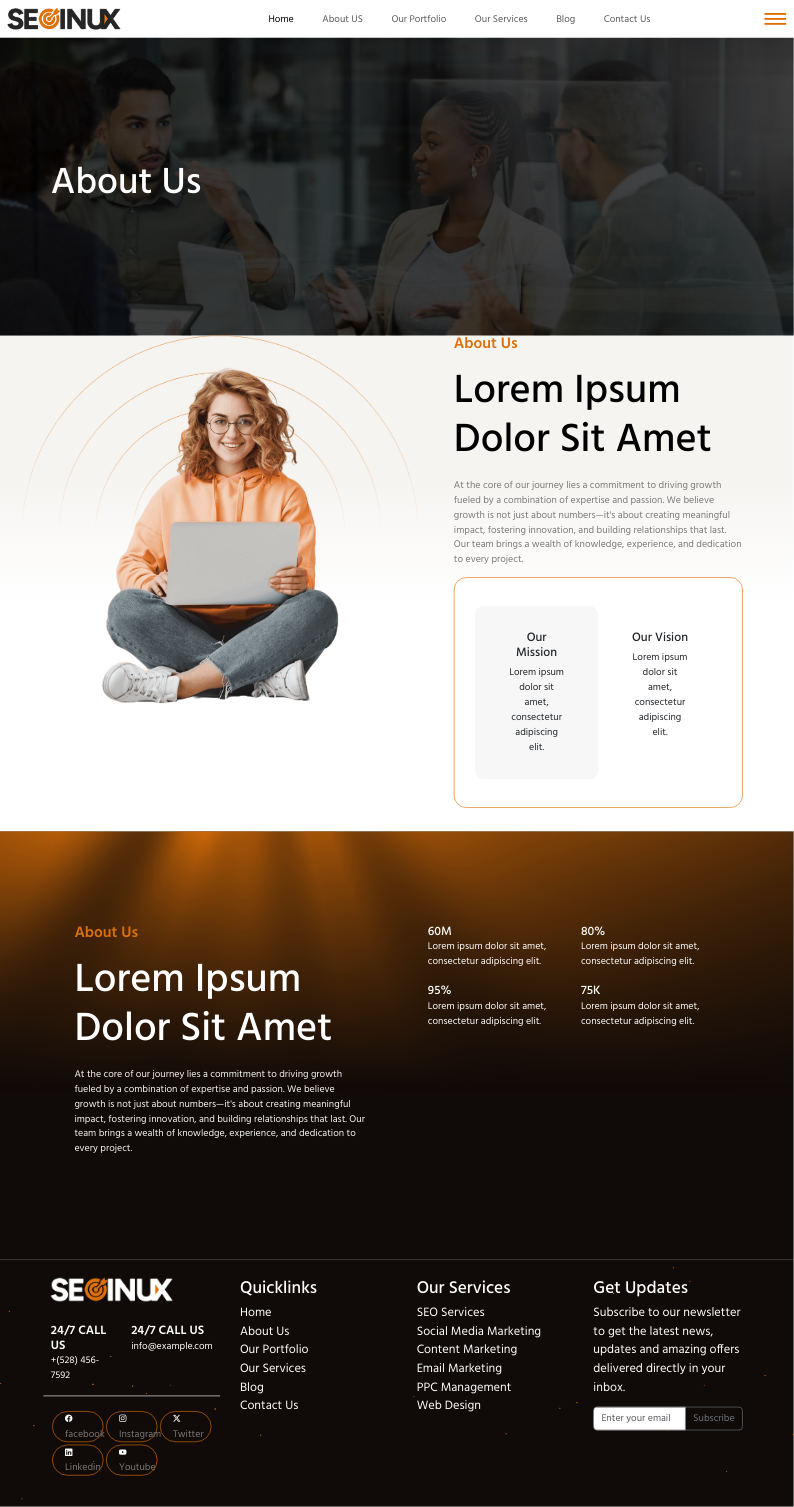
Repository: tagnam/seoinox
Page: about.html
An editor plug-in stored every save of this project. The page is shown before and after a run of saves, followed by the edit.
The browser window is 1280 px wide. The pictures show the whole page, at 62% of full size.
Backgrounds fixed to the window are drawn as part of the page.

Above is the page before, as saved 2025-02-26 10:53:35.

### about.html
<!DOCTYPE html>
<html lang="en">
<head>
    <meta charset="UTF-8">
    <meta name="viewport" content="width=device-width, initial-scale=1.0">
    <title>SEOINOX</title>
    <link href="https://cdn.jsdelivr.net/npm/bootstrap@5.3.3/dist/css/bootstrap.min.css" rel="stylesheet" integrity="sha384-QWTKZyjpPEjISv5WaRU9OFeRpok6YctnYmDr5pNlyT2bRjXh0JMhjY6hW+ALEwIH" crossorigin="anonymous">
    <link rel="stylesheet" href="style/css/style.css">
    <link rel="stylesheet" href="style/css/responsive.css">
    <link rel="stylesheet" href="style/css/animation.css">
</head>


<body>
  <header>
    <nav class="navbar navbar-expand-lg ">
        <div class="container-fluid">
          <a class="navbar-brand" href="#"><img src="images/main-logo-sec.png" width="100%" alt=""></a>
          <button class="navbar-toggler" type="button" data-bs-toggle="collapse" data-bs-target="#navbarSupportedContent" aria-controls="navbarSupportedContent" aria-expanded="false" aria-label="Toggle navigation">
            <span class="navbar-toggler-icon"></span>
          </button>
          <div class="collapse navbar-collapse custom-navbar-collapse" id="navbarSupportedContent">
            <ul class="navbar-nav custom-navbar-nav">
              <li class="nav-item">
                <a class="nav-link active" aria-current="page" href="/">Home</a>
              </li>
              <li class="nav-item">
                <a class="nav-link" href="about.html">About US</a>
              </li>
              <li class="nav-item">
                <a class="nav-link" href="portfolio.html">Our Portfolio</a>
              </li>
              <li class="nav-item">
                <a class="nav-link" href="service.html">Our Services</a>
              </li>
              <li class="nav-item">
                <a class="nav-link" href="blog.html">Blog</a>
              </li>
              <li class="nav-item">
                <a class="nav-link" href="contact.html">Contact Us</a>
              </li>
            </ul>
            <div class="d-flex" role="search">
                    <div class="menu-icon">
                        <div class="menu-icon-item"> </div>
                        <div class="menu-icon-item"></div>
                        <div class="menu-icon-item"></div>
                    </div>
            </div>
          </div>
        </div>
      </nav>
  </header>


<!--====================================== start hero section  ============================-->
 <section class="inner-page-hero-section">
    <div class="container">
        <div class="row">
                <div class="col-lg-12" style="z-index: 10;">
                    <div class="page-title">
                        <h2> About Us</h2>
                    </div>
                </div>
        </div>
    </div>
    <div class="overlay"></div>
 </section>

<!--====================================== end hero section  ============================-->

  <!--====================================== start about section  ============================-->
  <section class="about-section">
    <div class="container">
      <div class="row">
        <div class="col-lg-6" style="height: 800px;">
          <div class="about-img-container">
            <img src="images/about-image.png" alt="">
          </div>
        </div>
        <div class="col-lg-6">

          <div class="about-content-container">
            <div class="about-content">
              <h2 class="about-main-heading" style="text-align: start;">About Us</h2>
              <p class="about-sub-heading" style="text-align: start ; line-height: 80px;">Lorem ipsum dolor sit amet</p>
          </div>
          <p>At the core of our journey lies a commitment to driving growth fueled by a combination of expertise and passion. We believe growth is not just about numbers—it's about creating meaningful impact, fostering innovation, and building relationships that last. Our team brings a wealth of knowledge, experience, and dedication to every project.</p>
          <div class="about-card card">
            <div class="row g-4">
              <div class="col" style="background-color: #F7F7F7; border-radius: 15px;  ">
                <div class="card-body mission-vission">
                  <h5 class="card-title">Our Mission</h5>
                  <p class="card-text">Lorem ipsum dolor sit amet, consectetur adipiscing elit. </p>
                </div>
              </div>
              <div class="col" >
                <div class="card-body mission-vission">
                  <h5 class="card-title">Our Vision</h5>
                  <p class="card-text">Lorem ipsum dolor sit amet, consectetur adipiscing elit. </p>
                </div>
              </div>
            </div>
          </div>
        </div>
        </div>
      </div>
    </div>
  </section>

    <!--====================================== end about section  ============================-->
    <div class="clearfix"></div>


    <!--====================================== start choice  section  ============================-->

<section class="ab-page-choice-section">
<div class="container">
  <div class="row">
    <div class="col-lg-6" style="padding: 0px 50px;">
      <div class="about-content" >
        <h2 class="about-main-heading" style="text-align: start;">About Us</h2>
        <p class="about-sub-heading" style="text-align: start ; line-height: 80px; color: #fff;">Lorem ipsum dolor sit amet</p>
        <p style="text-align: start; color: #F7F7F7;">At the core of our journey lies a commitment to driving growth fueled by a combination of expertise and passion. We believe growth is not just about numbers—it's about creating meaningful impact, fostering innovation, and building relationships that last. Our team brings a wealth of knowledge, experience, and dedication to every project.</p>

    </div>
    </div>
    <div class="col-lg-6" style="padding: 0px 50px;">
      <div class="row row-cols-1 row-cols-md-2 g-4">
        <div class="col">
            <div class="card-body" style="color: #fff;">
              <h5 class="card-title">60<span>M</span></h5>
              <p class="card-text">Lorem ipsum dolor sit amet, consectetur adipiscing elit. </p>
          </div>
        </div>
        <div class="col">
          <div class="card-body" style="color: #fff;">
            <h5 class="card-title">80%</h5>
            <p class="card-text">Lorem ipsum dolor sit amet, consectetur adipiscing elit. </p>
        </div>
        </div>
        <div class="col">
          <div class="card-body" style="color: #fff;">
            <h5 class="card-title">95%</h5>
            <p class="card-text">Lorem ipsum dolor sit amet, consectetur adipiscing elit. </p>
        </div>
        </div>
        <div class="col">
          <div class="card-body" style="color: #fff;">
            <h5 class="card-title">75K</h5>
            <p class="card-text">Lorem ipsum dolor sit amet, consectetur adipiscing elit. </p>
        </div>
        </div>
      </div>
    </div>
  </div>
</div>

</section>

        <!--====================================== end choice section  ============================-->














<footer>
  <div class="container">
    <div class="row">
      <div class="col">
        <figure>
          <img src="images/main-logo.png" alt="" style="width: 75%;">
        </figure>
        <div class="row" style="padding: 20px 0px; border-bottom: 1px solid #fff;">
          <div class="col">
            <h4 class="footer-heading">24/7 CALL US</h4>
            <a href="" class="footer-link">+(528) 456-7592</a>
          </div>
          <div class="col">
            <h4 class="footer-heading">24/7 CALL US</h4>
            <a href="" class="footer-link">info@example.com</a>
          </div>
        </div>
        <div class="social-container row-cols-md-3  row g-1">
          <div class="col">
            <div class="social-icon"> <span><i class="bi bi-facebook"></i></span> facebook </div>
          </div>
          <div class="col">
            <div class="social-icon"> <span><i class="bi bi-instagram"></i></span> Instagram </div>
          </div>
          <div class="col">
            <div class="social-icon"> <span><i class="bi bi-twitter-x"></i></span> Twitter </div>
          </div>
          <div class="col">
            <div class="social-icon"> <span><i class="bi bi-linkedin"></i></span> Linkedin</div>
          </div>
          <div class="col">
            <div class="social-icon"> <span><i class="bi bi-youtube"></i></span> Youtube</div>
          </div>
        </div>
      </div>
      <div class="col">
          <div class="footer-content-heading">
              <h3><i class="ri-circle-fill"></i> Quicklinks</h3>
              <ul class="footer-list">
                <li><i class="ri-arrow-right-double-line"></i> <a class="footer-link" href="">Home</a></li>
                <li><i class="ri-arrow-right-double-line"></i> <a class="footer-link" href="">About Us</a></li>
                <li><i class="ri-arrow-right-double-line"></i> <a class="footer-link" href="">Our Portfolio</a></li>
                <li><i class="ri-arrow-right-double-line"></i> <a class="footer-link" href="">Our Services</a></li>
                <li><i class="ri-arrow-right-double-line"></i> <a class="footer-link" href="">Blog</a></li>
                <li><i class="ri-arrow-right-double-line"></i> <a class="footer-link" href="">Contact Us</a></li>
          </div>
      </div>
      <div class="col">
        <div class="footer-content-heading">
          <h3><i class="ri-circle-fill"></i> Our Services</h3>
            <ul class="footer-list">
              <li><i class="ri-arrow-right-double-line"></i> <a class="footer-link" href="">SEO Services</a></li>
              <li><i class="ri-arrow-right-double-line"></i> <a class="footer-link" href="">Social Media Marketing</a></li>
              <li><i class="ri-arrow-right-double-line"></i> <a class="footer-link" href="">Content Marketing</a></li>
              <li><i class="ri-arrow-right-double-line"></i> <a class="footer-link" href="">Email Marketing</a></li>
              <li><i class="ri-arrow-right-double-line"></i> <a class="footer-link" href="">PPC Management</a></li>
              <li><i class="ri-arrow-right-double-line"></i> <a class="footer-link" href="">Web Design</a></li>
            </ul>
      </div>
      </div>
      <div class="col">
        <div class="footer-content-heading">
          <h3><i class="ri-circle-fill"></i> Get Updates</h3>
          <p>Subscribe to our newsletter to get the latest news, updates and amazing offers delivered directly in your inbox.</p>
          <form action="">
            <div class="input-group mb-3">
              <input type="text" class="form-control" placeholder="Enter your email" aria-label="Recipient's username" aria-describedby="button-addon2">
              <button class="btn btn-outline-secondary" type="button" id="button-addon2">Subscribe</button>
            </div>
          </form>

      </div>
      </div>
    </div>
  </div>
</footer>
<script src="https://cdn.jsdelivr.net/npm/bootstrap@5.3.3/dist/js/bootstrap.bundle.min.js" integrity="sha384-YvpcrYf0tY3lHB60NNkmXc5s9fDVZLESaAA55NDzOxhy9GkcIdslK1eN7N6jIeHz" crossorigin="anonymous"></script>
<script src="https://unpkg.com/@studio-freight/lenis@1.0.42/dist/lenis.min.js"></script>

<script src="style/js/custom.js"></script>
</body>
</html>

Loaded but not shown: style/js/custom.js (12 lines, source omitted); style/css/style.css (580 lines, source omitted); style/css/responsive.css (no stored copy; drawn as an empty file); style/css/animation.css (no stored copy; drawn as an empty file)

After the next 3 saves:
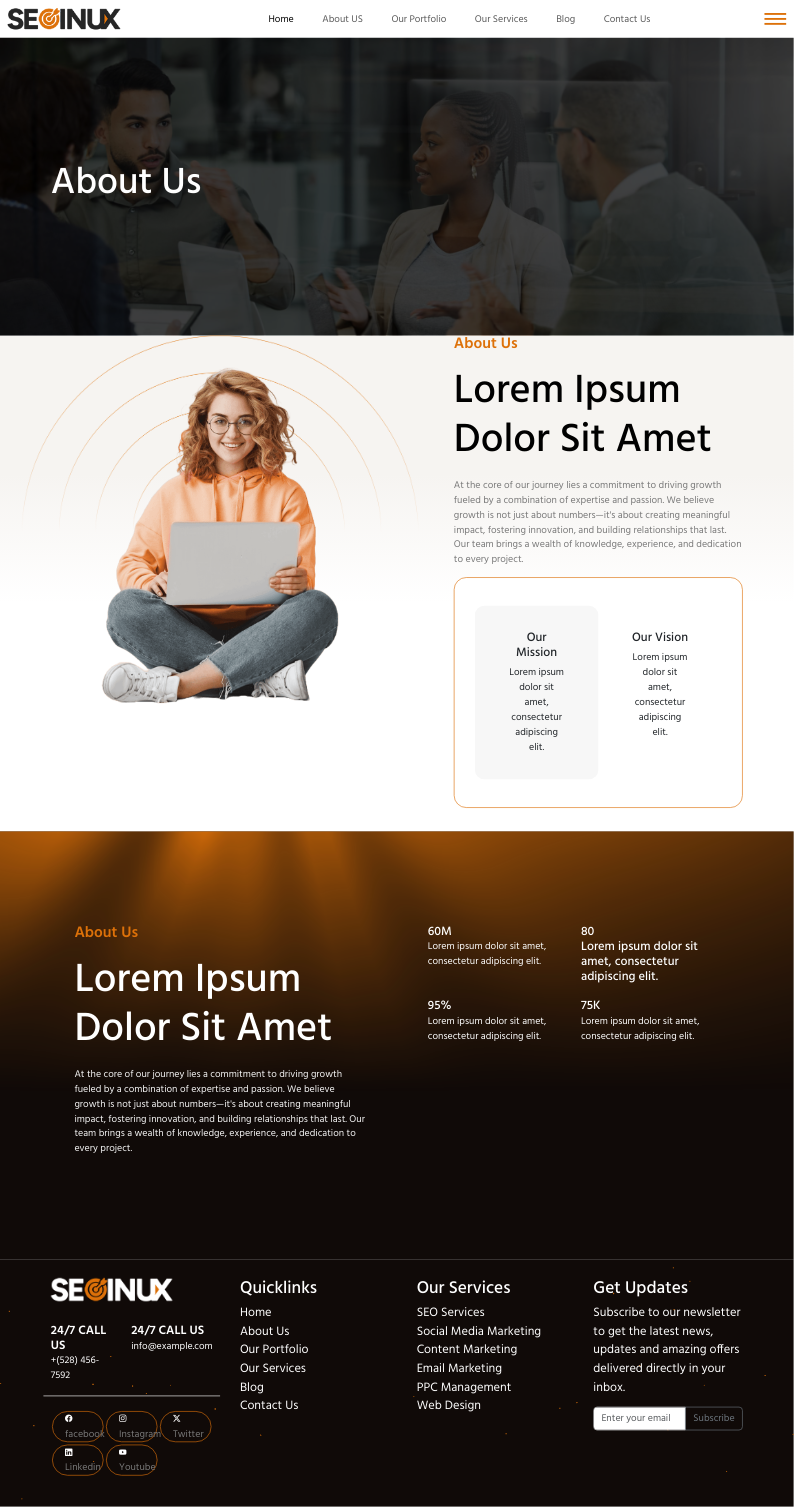
The 3 saves are shown as one change because they came seconds apart.
The last was saved 10 s later.
--- a/about.html
+++ b/about.html
@@ -135,7 +135,7 @@
         </div>
         <div class="col">
           <div class="card-body" style="color: #fff;">
-            <h5 class="card-title">80%</h5>
+            <h5 class="card-title">80<apn%</h5>
             <p class="card-text">Lorem ipsum dolor sit amet, consectetur adipiscing elit. </p>
         </div>
         </div>

After the 2 saves that followed:
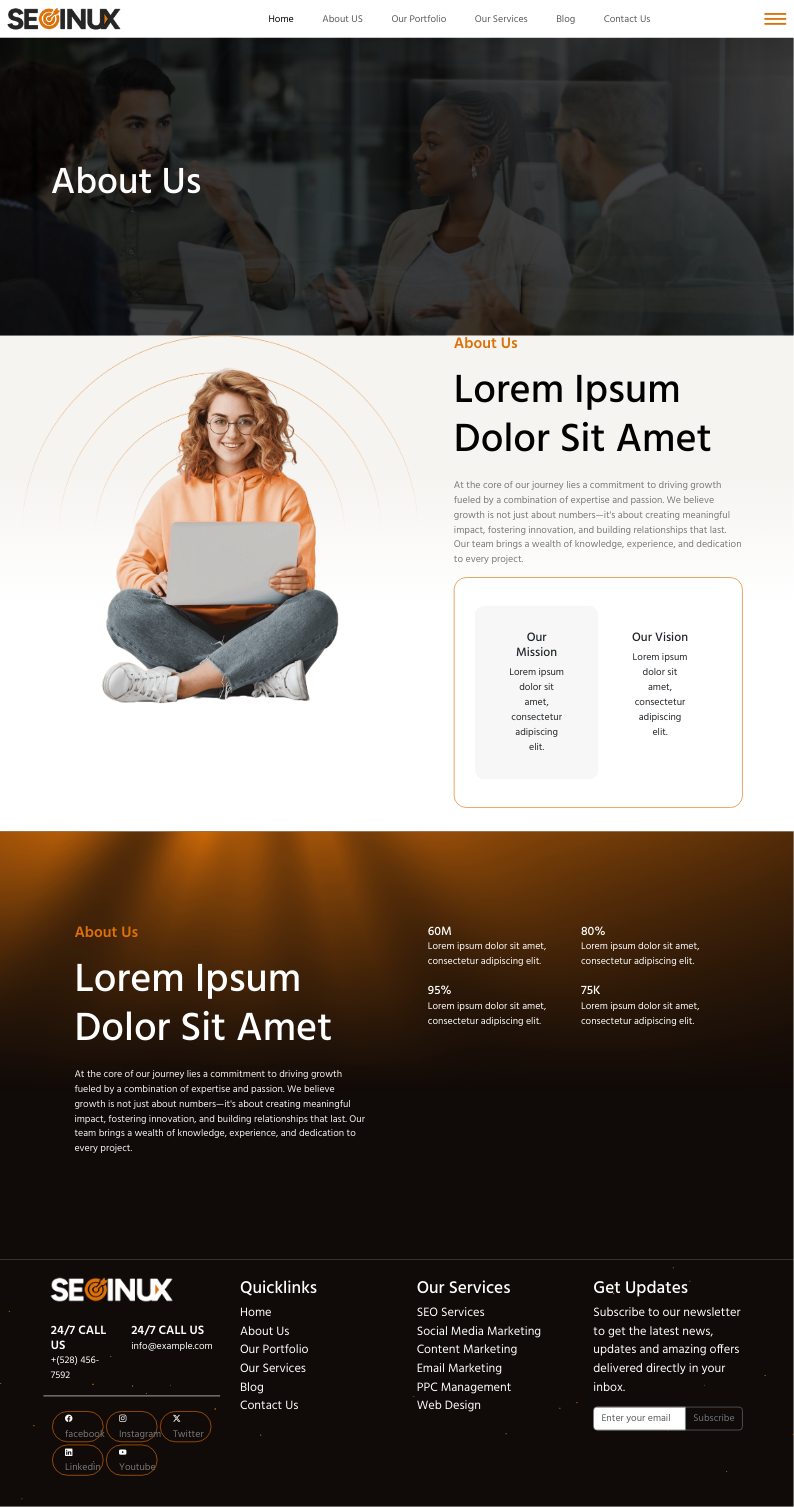
The 2 saves are shown as one change because they came seconds apart.
The last was saved 6 s later.
--- a/about.html
+++ b/about.html
@@ -135,7 +135,7 @@
         </div>
         <div class="col">
           <div class="card-body" style="color: #fff;">
-            <h5 class="card-title">80<apn%</h5>
+            <h5 class="card-title">80<span></span>%</h5>
             <p class="card-text">Lorem ipsum dolor sit amet, consectetur adipiscing elit. </p>
         </div>
         </div>
